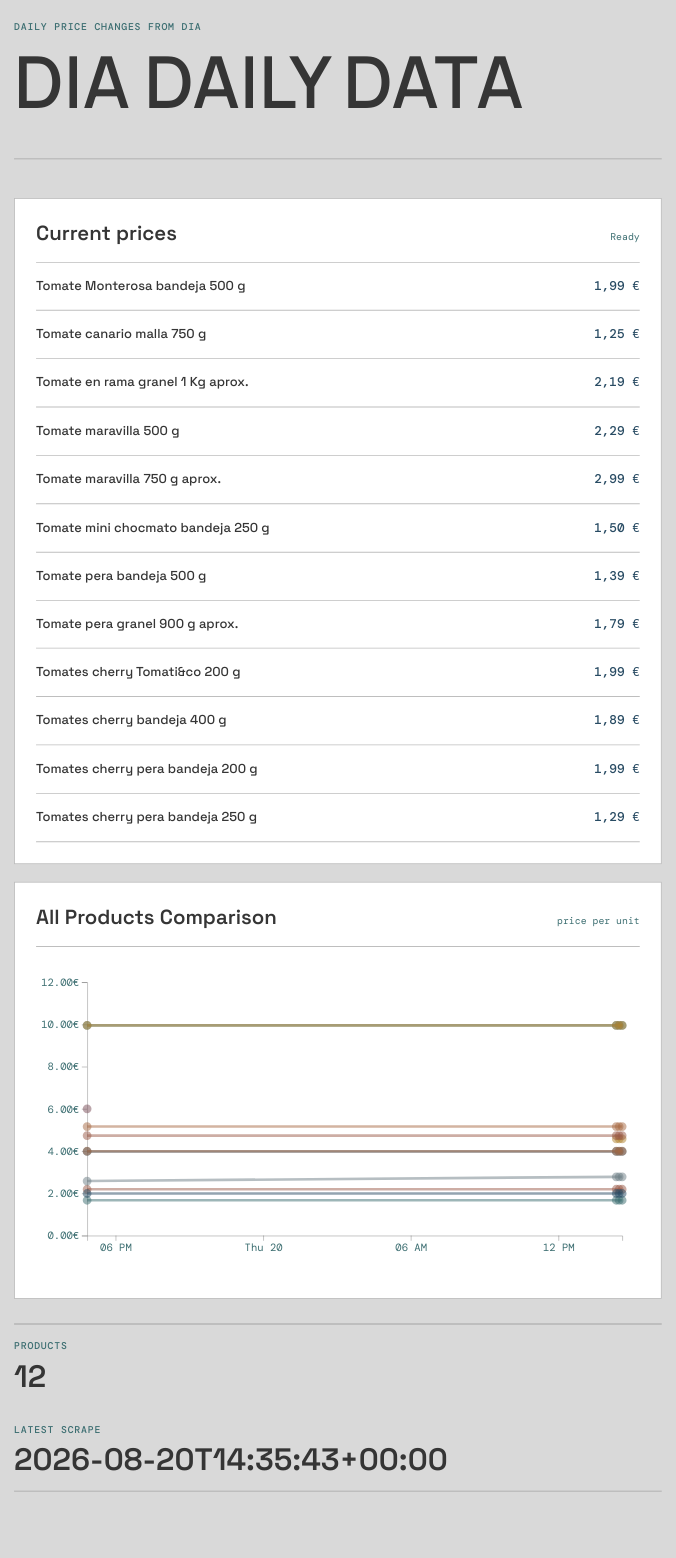
Repository: lloop/dia-daily-data
Page: http://localhost/
These files come from the project's save history. The page is drawn as it stood at one moment and after the next save; the edit follows.
The browser window is 768 px wide. The pictures show the whole page, at 88% of full size.
The page is served by the project's application, run on Flask 3 (app.py). Other server files are loaded and not shown. The page reads the database file committed with the project.

Above is the page before, as saved 2026-08-20 17:47:38.

### templates/index.html
<!doctype html>
<html lang="en">
<head>
  <meta charset="utf-8">
  <meta name="viewport" content="width=device-width, initial-scale=1">
  <title>Daily Price Changes From DIA</title>
  <link rel="stylesheet" href="{{ url_for('static', filename='styles.css') }}">
</head>
<body>
  <main class="dashboard">
    <header class="dashboard__header">
      <p class="eyebrow">Daily Price Changes From DIA</p>
      <h1>DIA DAILY DATA</h1>
      <!-- <p class="lede">A live view of products and price snapshots from DIA supermarket.</p> -->
    </header>

    <section class="content-grid">
      <div class="panel">
        <div class="panel__heading">
          <h2>Current prices</h2>
          <span id="status">Loading...</span>
        </div>
        <div id="product-list" class="product-list"></div>
      </div>

      <div class="panel panel--chart">
        <div class="panel__heading">
          <h2 id="chart-title">Price history</h2>
          <span id="chart-unit"></span>
        </div>
        <svg id="price-chart" role="img" aria-label="Selected product price history"></svg>
        <p id="empty-chart" class="empty-state">Select a product to inspect its price history.</p>
      </div>
    </section>

    <section class="summary" aria-label="Database summary">
      <div><span class="summary__label">Products</span><strong id="product-count">-</strong></div>
      <div><span class="summary__label">Latest scrape</span><strong id="latest-scrape">-</strong></div>
    </section>

  </main>

  <script src="https://cdn.jsdelivr.net/npm/d3@7"></script>
  <script src="{{ url_for('static', filename='app.js') }}"></script>
</body>
</html>

### app.py
"""Flask server for exploring scraped DIA product and price data."""

import json
import sqlite3
from pathlib import Path

from flask import Flask, jsonify, render_template

from config import DATABASE_FILE


def create_app(database_path=None):
    """Create the Flask application, optionally using a test database."""
    app = Flask(__name__)
    app.config['DATABASE_FILE'] = Path(database_path or DATABASE_FILE)

    def query_database(query, parameters=()):
        database_file = app.config['DATABASE_FILE']
        if not database_file.exists():
            return []

        with sqlite3.connect(database_file) as connection:
            connection.row_factory = sqlite3.Row
            return [dict(row) for row in connection.execute(query, parameters)]

    @app.get('/')
    def index():
        return render_template('index.html')

    @app.get('/api/products')
    def products():
        rows = query_database(
            """
            SELECT
                products.id,
                products.name,
                products.item_type,
                products.metadata_json,
                latest.price,
                latest.currency,
                latest.raw_price_per_unit,
                latest.unit_price_eur,
                latest.availability,
                latest.scraped_at
            FROM products
            LEFT JOIN price_logs AS latest
                ON latest.id = (
                    SELECT price_logs.id
                    FROM price_logs
                    WHERE price_logs.product_id = products.id
                    ORDER BY price_logs.scraped_at DESC, price_logs.id DESC
                    LIMIT 1
                )
            ORDER BY products.name
            """
        )

        for row in rows:
            row['metadata'] = json.loads(row.pop('metadata_json') or '{}')

        return jsonify(rows)

    @app.get('/api/products/<int:product_id>/price-history')
    def price_history(product_id):
        rows = query_database(
            """
            SELECT price, currency, raw_price_per_unit, unit_price_eur,
                   availability, scraped_at
            FROM price_logs
            WHERE product_id = ?
            ORDER BY scraped_at, id
            """,
            (product_id,),
        )
        return jsonify(rows)

    return app


app = create_app()


if __name__ == '__main__':
    app.run(debug=True)

### static/styles.css
@import url('https://fonts.googleapis.com/css2?family=DM+Mono:wght@400;500&family=Manrope:wght@400;500;600;700&family=Space+Grotesk:wght@400;500;600;700&display=swap');

:root {
  color-scheme: light;
  --font-display: 'Space Grotesk', 'Helvetica Neue', Arial, sans-serif;
  --font-heading: 'Manrope', 'Helvetica Neue', Arial, sans-serif;
  --font-mono: 'DM Mono', 'Courier New', monospace;
  --graphite: #353535;
  --stormy-teal: #3c6e71;
  --white: #ffffff;
  --alabaster-grey: #d9d9d9;
  --yale-blue: #284b63;
  --ink: var(--graphite);
  --muted: var(--stormy-teal);
  --paper: var(--alabaster-grey);
  --panel: var(--white);
  --line: rgba(53, 53, 53, 0.32);
  --accent: var(--yale-blue);
  --accent-soft: rgba(60, 110, 113, 0.12);
}

* { box-sizing: border-box; }
body { margin: 0; background: var(--paper); color: var(--ink); font-family: var(--font-display); }
.dashboard { max-width: 1440px; margin: 0 auto; padding: 32px 36px 64px; }
.dashboard__header { max-width: none; margin-bottom: 72px; padding-bottom: 24px; border-bottom: 1px solid var(--line); }
.eyebrow, .summary__label, #status, #chart-unit { font: 500 0.7rem/1.2 var(--font-mono); letter-spacing: 0.08em; text-transform: uppercase; }
.eyebrow { color: var(--stormy-teal); margin: 0 0 20px; }
h1 { max-width: none; white-space: nowrap; font-family: var(--font-heading); font-size: clamp(2.21rem, 8.5vw, 7.65rem); line-height: 0.86; margin: 0 0 28px; font-weight: 600; letter-spacing: 0; }
.lede { max-width: 410px; color: var(--muted); font: 500 1rem/1.5 var(--font-display); margin: 0 0 0 auto; }
.summary { display: flex; gap: 0; margin-bottom: 28px; border-top: 1px solid var(--line); border-bottom: 1px solid var(--line); }
.summary > div { flex: 1; background: transparent; border: 0; border-radius: 0; padding: 18px 20px 18px 0; box-shadow: none; }
.summary__label { display: block; color: var(--muted); margin-bottom: 10px; }
.summary strong { font-size: 2.2rem; line-height: 1; font-weight: 600; }
.content-grid { display: grid; grid-template-columns: minmax(280px, 0.75fr) minmax(420px, 1.6fr); gap: 48px; margin-bottom: 28px; }
.panel { background: var(--panel); border: 1px solid var(--line); border-radius: 0; padding: 24px; min-height: 420px; box-shadow: none; }
.panel__heading { display: flex; align-items: baseline; justify-content: space-between; gap: 16px; border-bottom: 1px solid var(--line); padding-bottom: 18px; }
h2 { font-size: 1.45rem; font-weight: 600; letter-spacing: 0; margin: 0; }
#status, #chart-unit { color: var(--muted); letter-spacing: 0; text-transform: none; font-weight: 400; }
.product-list { display: grid; }
.product-button { display: flex; justify-content: space-between; gap: 16px; width: 100%; text-align: left; border: 0; border-bottom: 1px solid var(--line); background: transparent; color: inherit; padding: 17px 0; cursor: pointer; transition: background 160ms ease, padding 160ms ease; }
.product-button:hover, .product-button.is-selected { background: var(--accent-soft); padding-left: 12px; padding-right: 12px; }
.product-name { font: 500 0.92rem/1.35 var(--font-display); }
.product-price { white-space: nowrap; font: 500 0.9rem/1.35 var(--font-mono); color: var(--accent); }
#price-chart { width: 100%; height: 350px; margin-top: 20px; overflow: visible; }
.axis text { fill: var(--muted); font: 12px var(--font-mono); }
.axis path, .axis line { stroke: var(--line); }
.chart-line { fill: none; stroke: var(--accent); stroke-width: 3; }
.chart-dot { fill: var(--panel); stroke: var(--accent); stroke-width: 2; }
.empty-state { color: var(--muted); font: 400 0.95rem/1.5 var(--font-display); }
@media (max-width: 800px) { .dashboard { padding: 24px 16px 48px; } .dashboard__header { margin-bottom: 44px; } h1 { font-size: clamp(1.7rem, 11.05vw, 5.1rem); } .lede { margin-left: 0; } .content-grid { grid-template-columns: 1fr; gap: 20px; } .summary { flex-direction: column; } .summary > div { padding-right: 0; } .panel--chart { min-height: 360px; } }

### static/app.js
const state = { products: [], histories: {}, selectedId: null };

const productList = document.querySelector('#product-list');
const status = document.querySelector('#status');
const productCount = document.querySelector('#product-count');
const latestScrape = document.querySelector('#latest-scrape');
const chartTitle = document.querySelector('#chart-title');
const chartUnit = document.querySelector('#chart-unit');
const chart = d3.select('#price-chart');
const emptyChart = document.querySelector('#empty-chart');

// Muted colors keep overlapping product histories distinct without becoming loud.
const colorScale = d3.scaleOrdinal([
  '#284b63',
  '#3c6e71',
  '#9b5c4a',
  '#b18432',
  '#a86b45',
  '#7c4f5a',
  '#6e7f86',
]);

function formatPrice(value, currency = 'EUR') {
  if (value === null || value === undefined) return 'No price';
  return new Intl.NumberFormat('es-ES', { style: 'currency', currency }).format(value);
}

function renderProducts() {
  productList.replaceChildren();
  state.products.forEach(product => {
    const button = document.createElement('button');
    button.className = 'product-button';
    button.dataset.productId = product.id;
    button.innerHTML = `<span class="product-name">${product.name}</span><span class="product-price">${formatPrice(product.price, product.currency)}</span>`;

    // Hover over sidebar button to highlight corresponding line on the chart
    button.addEventListener('mouseenter', () => highlightProduct(product.id));
    button.addEventListener('mouseleave', () => resetHighlight());

    // Click button to isolate/select product title
    button.addEventListener('click', () => selectProduct(product.id));
    productList.append(button);
  });
}

function drawChart() {
  const width = chart.node().clientWidth || 600;
  const height = 350;
  const margin = { top: 20, right: 20, bottom: 42, left: 58 };

  chart.attr('viewBox', `0 0 ${width} ${height}`).selectAll('*').remove();

  // Combine all product histories into arrays for plotting
  const allSeries = state.products.map(product => {
    const rawHistory = state.histories[product.id] || [];
    return {
      product,
      values: rawHistory.map(item => ({ ...item, date: new Date(item.scraped_at) }))
    };
  }).filter(series => series.values.length > 0);

  const hasData = allSeries.length > 0;
  emptyChart.hidden = hasData;
  chartUnit.textContent = hasData ? 'price per unit' : '';
  if (!hasData) return;

  // Flatten values across all products to calculate global X and Y domains
  const allPoints = allSeries.flatMap(s => s.values);
  const x = d3.scaleTime()
    .domain(d3.extent(allPoints, d => d.date))
    .range([margin.left, width - margin.right]);

  const y = d3.scaleLinear()
    .domain([0, d3.max(allPoints, d => d.unit_price_eur) * 1.15 || 1])
    .nice()
    .range([height - margin.bottom, margin.top]);

  const line = d3.line()
    .x(d => x(d.date))
    .y(d => y(d.unit_price_eur));

  // Axes
  chart.append('g')
    .attr('class', 'axis')
    .attr('transform', `translate(0,${height - margin.bottom})`)
    .call(d3.axisBottom(x).ticks(5));

  chart.append('g')
    .attr('class', 'axis')
    .attr('transform', `translate(${margin.left},0)`)
    .call(d3.axisLeft(y).ticks(5).tickFormat(value => `${value.toFixed(2)}€`));

  // Render Overlaid Lines (50% Opacity)
  allSeries.forEach(series => {
    const lineColor = colorScale(series.product.id);

    chart.append('path')
      .datum(series.values)
      .attr('class', `chart-line line-product-${series.product.id}`)
      .attr('d', line)
      .attr('fill', 'none')
      .style('stroke', lineColor)
      .attr('stroke-width', 2)
      .attr('opacity', 0.5);

    // Data points for hover feedback
    chart.selectAll(`.chart-dot-${series.product.id}`)
      .data(series.values)
      .join('circle')
      .attr('class', `chart-dot chart-dot-${series.product.id}`)
      .attr('r', 4)
      .attr('cx', item => x(item.date))
      .attr('cy', item => y(item.unit_price_eur))
      .style('fill', lineColor)
      .style('stroke', lineColor)
      .attr('opacity', 0.5)
      .on('mouseenter', () => highlightProduct(series.product.id))
      .on('mouseleave', () => resetHighlight())
      .append('title')
      .text(item => `${series.product.name}\n${formatPrice(item.unit_price_eur)} - ${item.scraped_at}`);
  });
}

function highlightProduct(productId) {
  // Dim all lines to 15% opacity, highlight selected line at 100% opacity
  chart.selectAll('.chart-line')
    .attr('opacity', 0.15)
    .attr('stroke-width', 2);

  chart.selectAll('.chart-dot')
    .attr('opacity', 0.15);

  chart.selectAll(`.line-product-${productId}`)
    .attr('opacity', 1)
    .attr('stroke-width', 4);

  chart.selectAll(`.chart-dot-${productId}`)
    .attr('opacity', 1);
}

function resetHighlight() {
  // Restore all lines to 50% opacity
  chart.selectAll('.chart-line')
    .attr('opacity', 0.5)
    .attr('stroke-width', 2);

  chart.selectAll('.chart-dot')
    .attr('opacity', 0.5);
}

function selectProduct(productId) {
  state.selectedId = productId;
  document.querySelectorAll('.product-button').forEach(button => {
    button.classList.toggle('is-selected', Number(button.dataset.productId) === productId);
  });
  const product = state.products.find(item => item.id === productId);
  if (product) {
    chartTitle.textContent = product.name;
  }
}

async function loadProducts() {
  const response = await fetch('/api/products');
  state.products = await response.json();
  productCount.textContent = state.products.length;
  latestScrape.textContent = state.products.reduce((latest, item) => item.scraped_at > latest ? item.scraped_at : latest, '-') || '-';
  status.textContent = state.products.length ? 'Loading history...' : 'No database records';

  renderProducts();

  // Fetch price history for all products in parallel
  const historyPromises = state.products.map(product =>
    fetch(`/api/products/${product.id}/price-history`)
      .then(res => res.json())
      .then(data => { state.histories[product.id] = data; })
  );

  await Promise.all(historyPromises);

  status.textContent = state.products.length ? 'Ready' : 'No database records';
  chartTitle.textContent = 'All Products Comparison';
  drawChart();
}

loadProducts().catch(error => {
  status.textContent = 'Unable to load data';
  console.error(error);
});

### output/dia_products.sqlite3 (the tables this page reads, as SQL)
CREATE TABLE price_logs (
    id INTEGER PRIMARY KEY,
    product_id INTEGER NOT NULL,
    price REAL,
    currency TEXT,
    raw_price_per_unit TEXT,
    unit_price_eur REAL,
    availability TEXT,
    scraped_at DATETIME NOT NULL,
    FOREIGN KEY (product_id) REFERENCES products(id)
);
INSERT INTO "price_logs" VALUES
(1, 1, 1.29, 'EUR', '(2,58 €/KILO)', 2.58, 'https://schema.org/InStock', '2026-08-19T16:50:45+00:00'),
(2, 2, 2.19, 'EUR', '(2,19 €/KILO)', 2.19, 'https://schema.org/InStock', '2026-08-19T16:50:45+00:00'),
(3, 3, 1.99, 'EUR', '(9,95 €/KILO)', 9.95, 'https://schema.org/InStock', '2026-08-19T16:50:45+00:00'),
(4, 4, 1.29, 'EUR', '(5,16 €/KILO)', 5.16, 'https://schema.org/InStock', '2026-08-19T16:50:45+00:00'),
(5, 5, 1.79, 'EUR', '(1,99 €/KILO)', 1.99, 'https://schema.org/InStock', '2026-08-19T16:50:45+00:00'),
(6, 6, 1.89, 'EUR', '(4,73 €/KILO)', 4.73, 'https://schema.org/InStock', '2026-08-19T16:50:45+00:00'),
(7, 7, 1.99, 'EUR', '(3,98 €/KILO)', 3.98, 'https://schema.org/InStock', '2026-08-19T16:50:45+00:00'),
(8, 8, 1.25, 'EUR', '(1,67 €/KILO)', 1.67, 'https://schema.org/InStock', '2026-08-19T16:50:45+00:00'),
(9, 9, 2.99, 'EUR', '(3,99 €/KILO)', 3.99, 'https://schema.org/OutOfStock', '2026-08-19T16:50:45+00:00'),
(10, 10, 1.5, 'EUR', '(6,00 €/KILO)', 6.0, 'https://schema.org/InStock', '2026-08-19T16:50:45+00:00'),
(11, 11, 1.99, 'EUR', '(9,95 €/KILO)', 9.95, 'https://schema.org/InStock', '2026-08-19T16:50:45+00:00'),
(12, 1, 1.39, 'EUR', '(2,78 €/KILO)', 2.78, 'https://schema.org/InStock', '2026-08-20T14:21:22+00:00'),
(13, 2, 2.19, 'EUR', '(2,19 €/KILO)', 2.19, 'https://schema.org/InStock', '2026-08-20T14:21:22+00:00'),
(14, 3, 1.99, 'EUR', '(9,95 €/KILO)', 9.95, 'https://schema.org/InStock', '2026-08-20T14:21:22+00:00'),
(15, 4, 1.29, 'EUR', '(5,16 €/KILO)', 5.16, 'https://schema.org/InStock', '2026-08-20T14:21:22+00:00'),
(16, 5, 1.79, 'EUR', '(1,99 €/KILO)', 1.99, 'https://schema.org/InStock', '2026-08-20T14:21:22+00:00'),
(17, 6, 1.89, 'EUR', '(4,73 €/KILO)', 4.73, 'https://schema.org/InStock', '2026-08-20T14:21:22+00:00'),
(18, 7, 1.99, 'EUR', '(3,98 €/KILO)', 3.98, 'https://schema.org/InStock', '2026-08-20T14:21:22+00:00'),
(19, 8, 1.25, 'EUR', '(1,67 €/KILO)', 1.67, 'https://schema.org/InStock', '2026-08-20T14:21:22+00:00'),
(20, 9, 2.99, 'EUR', '(3,99 €/KILO)', 3.99, 'https://schema.org/OutOfStock', '2026-08-20T14:21:22+00:00'),
(21, 11, 1.99, 'EUR', '(9,95 €/KILO)', 9.95, 'https://schema.org/InStock', '2026-08-20T14:21:22+00:00'),
(22, 12, 2.29, 'EUR', '(4,58 €/KILO)', 4.58, 'https://schema.org/InStock', '2026-08-20T14:21:22+00:00'),
(23, 1, 1.39, 'EUR', '(2,78 €/KILO)', 2.78, 'https://schema.org/InStock', '2026-08-20T14:28:25+00:00'),
(24, 2, 2.19, 'EUR', '(2,19 €/KILO)', 2.19, 'https://schema.org/InStock', '2026-08-20T14:28:25+00:00'),
(25, 3, 1.99, 'EUR', '(9,95 €/KILO)', 9.95, 'https://schema.org/InStock', '2026-08-20T14:28:25+00:00'),
(26, 4, 1.29, 'EUR', '(5,16 €/KILO)', 5.16, 'https://schema.org/InStock', '2026-08-20T14:28:25+00:00'),
(27, 5, 1.79, 'EUR', '(1,99 €/KILO)', 1.99, 'https://schema.org/InStock', '2026-08-20T14:28:25+00:00'),
(28, 6, 1.89, 'EUR', '(4,73 €/KILO)', 4.73, 'https://schema.org/InStock', '2026-08-20T14:28:25+00:00'),
(29, 7, 1.99, 'EUR', '(3,98 €/KILO)', 3.98, 'https://schema.org/InStock', '2026-08-20T14:28:25+00:00'),
(30, 8, 1.25, 'EUR', '(1,67 €/KILO)', 1.67, 'https://schema.org/InStock', '2026-08-20T14:28:25+00:00'),
(31, 9, 2.99, 'EUR', '(3,99 €/KILO)', 3.99, 'https://schema.org/OutOfStock', '2026-08-20T14:28:25+00:00'),
(32, 11, 1.99, 'EUR', '(9,95 €/KILO)', 9.95, 'https://schema.org/InStock', '2026-08-20T14:28:25+00:00'),
(33, 12, 2.29, 'EUR', '(4,58 €/KILO)', 4.58, 'https://schema.org/InStock', '2026-08-20T14:28:25+00:00'),
(34, 1, 1.39, 'EUR', '(2,78 €/KILO)', 2.78, 'https://schema.org/InStock', '2026-08-20T14:35:43+00:00'),
(35, 2, 2.19, 'EUR', '(2,19 €/KILO)', 2.19, 'https://schema.org/InStock', '2026-08-20T14:35:43+00:00'),
(36, 3, 1.99, 'EUR', '(9,95 €/KILO)', 9.95, 'https://schema.org/InStock', '2026-08-20T14:35:43+00:00'),
(37, 4, 1.29, 'EUR', '(5,16 €/KILO)', 5.16, 'https://schema.org/InStock', '2026-08-20T14:35:43+00:00'),
(38, 5, 1.79, 'EUR', '(1,99 €/KILO)', 1.99, 'https://schema.org/InStock', '2026-08-20T14:35:43+00:00'),
(39, 6, 1.89, 'EUR', '(4,73 €/KILO)', 4.73, 'https://schema.org/InStock', '2026-08-20T14:35:43+00:00'),
(40, 7, 1.99, 'EUR', '(3,98 €/KILO)', 3.98, 'https://schema.org/InStock', '2026-08-20T14:35:43+00:00'),
(41, 8, 1.25, 'EUR', '(1,67 €/KILO)', 1.67, 'https://schema.org/InStock', '2026-08-20T14:35:43+00:00'),
(42, 9, 2.99, 'EUR', '(3,99 €/KILO)', 3.99, 'https://schema.org/OutOfStock', '2026-08-20T14:35:43+00:00'),
(43, 11, 1.99, 'EUR', '(9,95 €/KILO)', 9.95, 'https://schema.org/InStock', '2026-08-20T14:35:43+00:00'),
(44, 12, 2.29, 'EUR', '(4,58 €/KILO)', 4.58, 'https://schema.org/InStock', '2026-08-20T14:35:43+00:00');

CREATE TABLE products (
    id INTEGER PRIMARY KEY,
    name TEXT UNIQUE NOT NULL,
    item_type TEXT,
    metadata_json TEXT NOT NULL
);
INSERT INTO "products" VALUES
(1, 'Tomate pera bandeja 500 g', 'Product', '{"type": "Product", "info_labels": ["Calibre: + 57MM-75MM", "Categoria: I", "Variedad: PERA", "Origen: PORTUGAL", "Tipo de producto: Tomates"]}'),
(2, 'Tomate en rama granel 1 Kg aprox.', 'Product', '{"type": "Product", "info_labels": ["Calibre: 57 + MM", "Categoria: I", "Variedad: RAMA", "Origen: VER ENVASE", "Tipo de producto: Tomates"]}'),
(3, 'Tomates cherry Tomati&co 200 g', 'Product', '{"type": "Product", "info_labels": ["Calibre: 18-35MM", "Categoria: I", "Variedad: VITALION", "Origen: ESPAÑA", "Tipo de producto: Tomates"]}'),
(4, 'Tomates cherry pera bandeja 250 g', 'Product', '{"type": "Product", "info_labels": ["Calibre: 17-35 MM", "Categoria: I", "Variedad: CHERRY PERA, ANGELLE", "Origen: ESPAÑA", "Tipo de producto: Tomates"]}'),
(5, 'Tomate pera granel 900 g aprox.', 'Product', '{"type": "Product", "info_labels": ["Calibre: 47-66MM", "Categoria: I", "Variedad: PERA", "Origen: PORTUGAL", "Tipo de producto: Tomates"]}'),
(6, 'Tomates cherry bandeja 400 g', 'Product', '{"type": "Product", "info_labels": ["Calibre: 18 MM - 32 MM", "Categoria: I", "Variedad: CHERRY REDONDO, KARELYA", "Origen: ESPAÑA", "Tipo de producto: Tomates"]}'),
(7, 'Tomate Monterosa bandeja 500 g', 'Product', '{"type": "Product", "info_labels": ["Calibre: +67MM-", "Categoria: I", "Variedad: MONTEROSA", "Origen: VER ENVASE", "Tipo de producto: Tomates"]}'),
(8, 'Tomate canario malla 750 g', 'Product', '{"type": "Product", "info_labels": ["Calibre: 47MM-66MM", "Categoria: I", "Variedad: -", "Origen: PORTUGAL", "Tipo de producto: Tomates"]}'),
(9, 'Tomate maravilla 750 g aprox.', 'Product', '{"type": "Product", "info_labels": ["Calibre: + 67MM", "Categoria: I", "Variedad: MARAVILLA", "Origen: ESPAÑA", "Tipo de producto: Tomates"]}'),
(10, 'Tomate mini chocmato bandeja 250 g', 'Product', '{"type": "Product", "info_labels": ["Calibre: 17-35MM", "Categoria: I", "Variedad: MINI CHOCMATO", "Origen: ESPAÑA", "Tipo de producto: Tomates"]}'),
(11, 'Tomates cherry pera bandeja 200 g', 'Product', '{"type": "Product", "info_labels": ["Calibre: 20-35 MM", "Categoria: I", "Variedad: CHERRY PERA LOBELLO", "Origen: ESPAÑA", "Tipo de producto: Tomates"]}'),
(12, 'Tomate maravilla 500 g', 'Product', '{"type": "Product", "info_labels": ["Calibre: 57 MM", "Categoria: I", "Variedad: MARAVILLA", "Origen: ESPAÑA", "Tipo de producto: Tomates"]}');

After the next save:
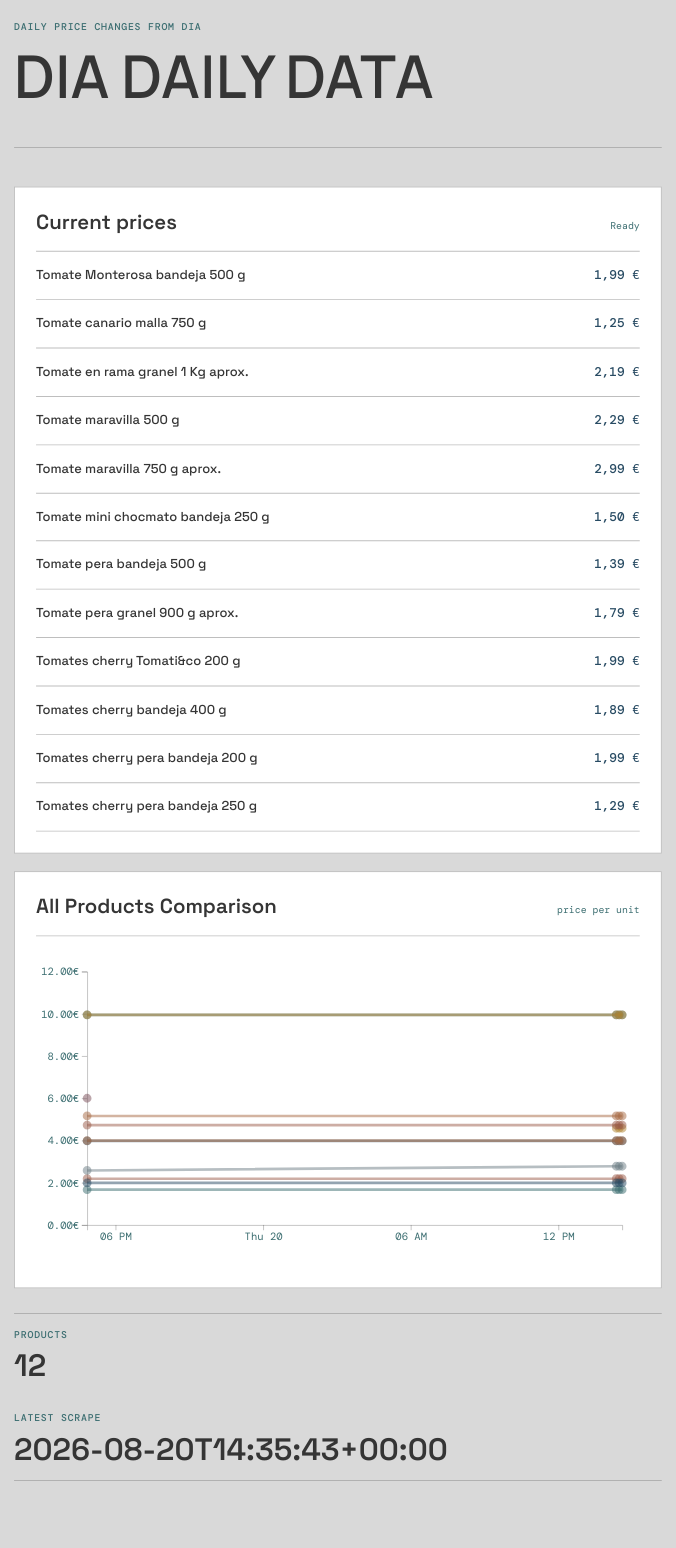
Saved 40 s later.
--- a/static/styles.css
+++ b/static/styles.css
@@ -25,7 +25,7 @@
 .dashboard__header { max-width: none; margin-bottom: 72px; padding-bottom: 24px; border-bottom: 1px solid var(--line); }
 .eyebrow, .summary__label, #status, #chart-unit { font: 500 0.7rem/1.2 var(--font-mono); letter-spacing: 0.08em; text-transform: uppercase; }
 .eyebrow { color: var(--stormy-teal); margin: 0 0 20px; }
-h1 { max-width: none; white-space: nowrap; font-family: var(--font-heading); font-size: clamp(2.21rem, 8.5vw, 7.65rem); line-height: 0.86; margin: 0 0 28px; font-weight: 600; letter-spacing: 0; }
+h1 { max-width: none; white-space: nowrap; font-family: var(--font-heading); font-size: clamp(1.82rem, 7vw, 6.3rem); line-height: 0.86; margin: 0 0 28px; font-weight: 600; letter-spacing: 0; }
 .lede { max-width: 410px; color: var(--muted); font: 500 1rem/1.5 var(--font-display); margin: 0 0 0 auto; }
 .summary { display: flex; gap: 0; margin-bottom: 28px; border-top: 1px solid var(--line); border-bottom: 1px solid var(--line); }
 .summary > div { flex: 1; background: transparent; border: 0; border-radius: 0; padding: 18px 20px 18px 0; box-shadow: none; }
@@ -47,4 +47,4 @@
 .chart-line { fill: none; stroke: var(--accent); stroke-width: 3; }
 .chart-dot { fill: var(--panel); stroke: var(--accent); stroke-width: 2; }
 .empty-state { color: var(--muted); font: 400 0.95rem/1.5 var(--font-display); }
-@media (max-width: 800px) { .dashboard { padding: 24px 16px 48px; } .dashboard__header { margin-bottom: 44px; } h1 { font-size: clamp(1.7rem, 11.05vw, 5.1rem); } .lede { margin-left: 0; } .content-grid { grid-template-columns: 1fr; gap: 20px; } .summary { flex-direction: column; } .summary > div { padding-right: 0; } .panel--chart { min-height: 360px; } }
+@media (max-width: 800px) { .dashboard { padding: 24px 16px 48px; } .dashboard__header { margin-bottom: 44px; } h1 { font-size: clamp(1.4rem, 9.1vw, 4.2rem); } .lede { margin-left: 0; } .content-grid { grid-template-columns: 1fr; gap: 20px; } .summary { flex-direction: column; } .summary > div { padding-right: 0; } .panel--chart { min-height: 360px; } }
